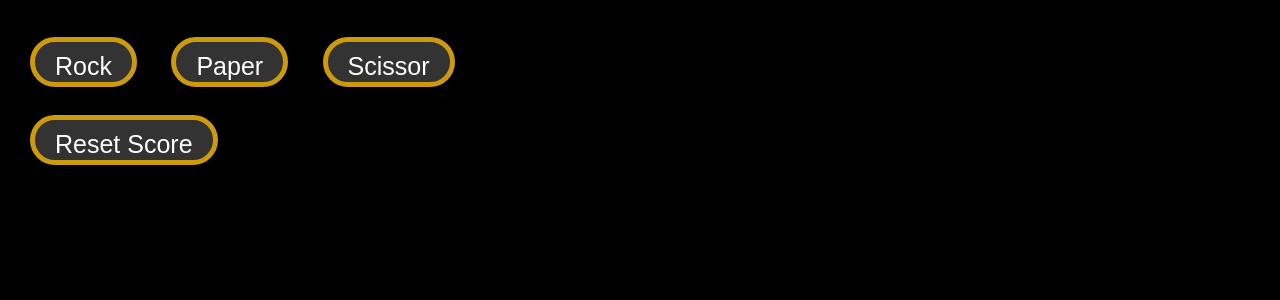
Repository: Drdregboss89/js-practical-projects
Page: index.html
The author's editor kept a copy of each file at every save. The page is drawn from the files as they stood at one save, then again after the next save.
The browser window is 1280 px wide. The pictures show the whole page.

Above is the page before, as saved 2023-06-23 09:11:17.
Console error (its wording comes from the project's code and is left out).

### index.html
<!-- @format -->
<!DOCTYPE html>
<html lang="ENG">
  <head>
    <title>Rock Paper Scissor</title>
    <meta name="viewport" content="width=device-width, initial-scale=1.0" />
    <link rel="stylesheet" type="text/css" href="./fontawesome.min.css" />
    <link rel="stylesheet" type="text/css" href="./all.min.css" />
    <link rel="stylesheet" type="text/css" href="./line-awesome.min.css" />
    <link rel="stylesheet" type="text/css" href="index.css" />
  </head>
  <body>
    <p><h1>The Rock Paper Scissor</h1></p>

      <button onclick="playGame('Rock');">Rock</button>
      <button onclick="playGame('Paper');">Paper</button>
      <button onclick="playGame('Scissor');">Scissor</button>
      <p class="js-result"></p>
      <p class="js-move"></p>
      <p class="js-score"></p>
      <button
        onclick="
      score.wins:0;
      score.loses:0;
      score.ties:0;
      localStorage.removeItem('score');"
      updateScore();
      >
        Reset Score
      </button>


    <script src="index.js"></script>
  </body>
</html>

### index.css
/** @format */

 .root {
  --main-color: #379237;
  --font-color: #f0ff42;
  --border-color: #001253;
  --body-color: #f6f6c9;
}
* {
  margin: 0;
  padding: 0;
  font-family: Poppins, sans-serif;
  box-sizing: border-box;
  background-color:black;

}

p h1 {

  margin-bottom: 40px;
  margin-top: 35px;
  font-size: 35px;
  font-weight: :800;
  color:white;
}

button {
  padding: 10px 20px;
  font-size: 25px;
  height:50px;
  border-radius:75px;
  border: 5px solid rgb(206, 154, 13);
  margin-left: 30px;
  margin-bottom: 10px;
  background-color: #333;
  color: #fff;
}

### index.js
/** @format */

// let today = new Date();
// let hour = "";

// if ((hour) => 6 && hour < 12) {
//   console.log("good morning");
// } else if ((hour) => 12 && hour < 5) {
//   console.log("good day");
// }
let score = JSON.parse(localStorage.getItem("score")) || {
  wins : 0,
  loses : 0,
  ties:0
};/* short cut for using the if statement for setting default value*/ ;

/*if (!score shortcut for if score === null) {
  score{
    wins = 0,
    loses = 0,
    ties=0
  }
}*/
updateScore();

function playGame(selectMove) {
  const computerMove = rock();
  let result = "";

  if (selectMove === "Paper") {
    if (computerMove === "Rock") {
      result = "you loose";
    } else if (computerMove === "Scissor") {
      result = "you Win";
    } else if (computerMove === "Paper") {
      result = "Its a Tie";
    }
  } else if (selectMove === "Rock") {
    if (computerMove === "Rock") {
      result = "Tie";
    } else if (computerMove === "Scissor") {
      result = "you win";
    } else if (computerMove === "Paper") {
      result = "You Loose";
    }
  } else if (selectMove === "Scissor") {
    if (computerMove === "Rock") {
      result = "you Loose";
    } else if (computerMove === "Scissor") {
      result = "its a Tie";
    } else if (computerMove === "Paper") {
      result = "you Win";
    }
  }

  if (result === "you Win") {
    score.wins += 1;
  } else if (result === "you Loose") {
    score.loses += 1;
  } else if (result === "its a Tie") {
    score.ties += 1;
  }

  updateScore();

  localStorage.setItem("score", JSON.stringify(`score`));

  alert(`You select ${selectMove}. computer select ${computerMove}. ${result}
  Wins : ${score.wins} Loses : ${score.loses} Ties :${score.ties}`);
}

function updateScore() {
  document.querySelector(`.js-score`)
  .innerHTML =` Wins : ${score.wins} Loses : ${score.loses} Ties :${score.ties}`;

}

function rock() {
  const randomNumber = Math.random();
  let computerMove = "";

  if (randomNumber > 0 && randomNumber < 1 / 3) {
    computerMove = "Rock";
  } else if (randomNumber > 1 / 3 && randomNumber < 2 / 3) {
    computerMove = " Scissor";
  } else if (randomNumber > 2 / 3 && randomNumber < 1) {
    computerMove = " Paper";
  }
  return computerMove;
}

Loaded but not shown: fontawesome.min.css (library); all.min.css (library); line-awesome.min.css (library)

After the next save:
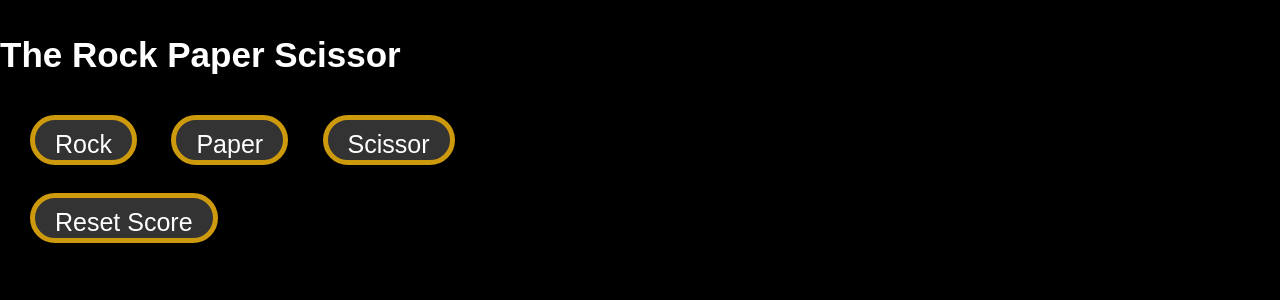
Saved 94 s later.
--- a/index.css
+++ b/index.css
@@ -15,7 +15,7 @@
 
 }
 
-p h1 {
+ h1 {
 
   margin-bottom: 40px;
   margin-top: 35px;
